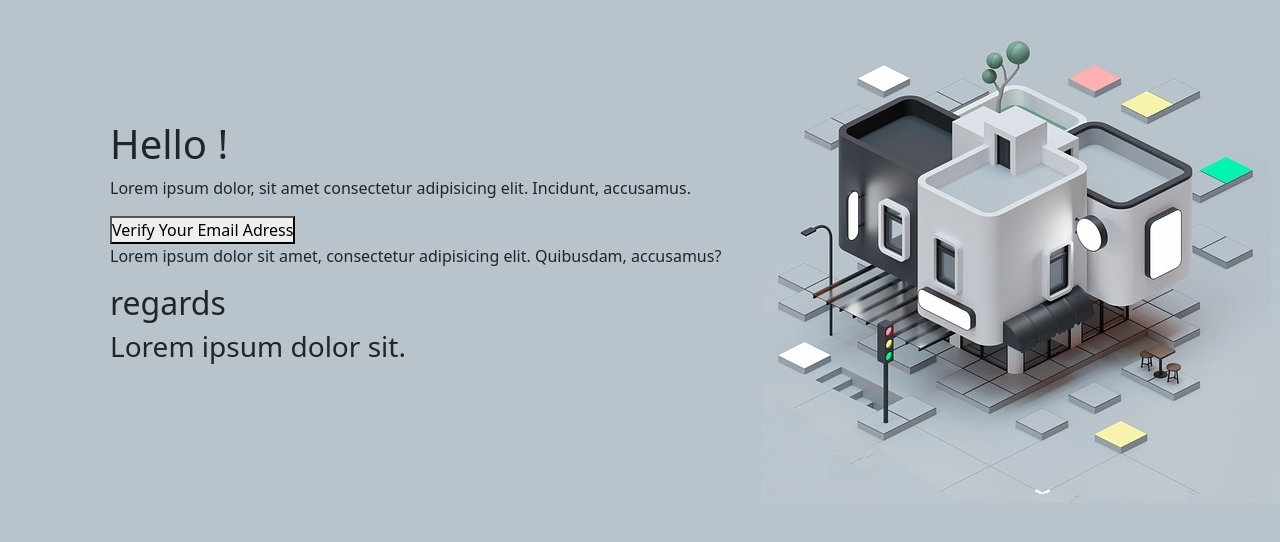
Repository: Aayush919/taskui
Page: index.html
An editor plug-in stored every save of this project. The page is shown before and after the next save, followed by the edit.
The browser window is 1280 px wide. The pictures show the whole page.

Above is the page before, as saved 2024-01-12 12:44:28.

After the next save:
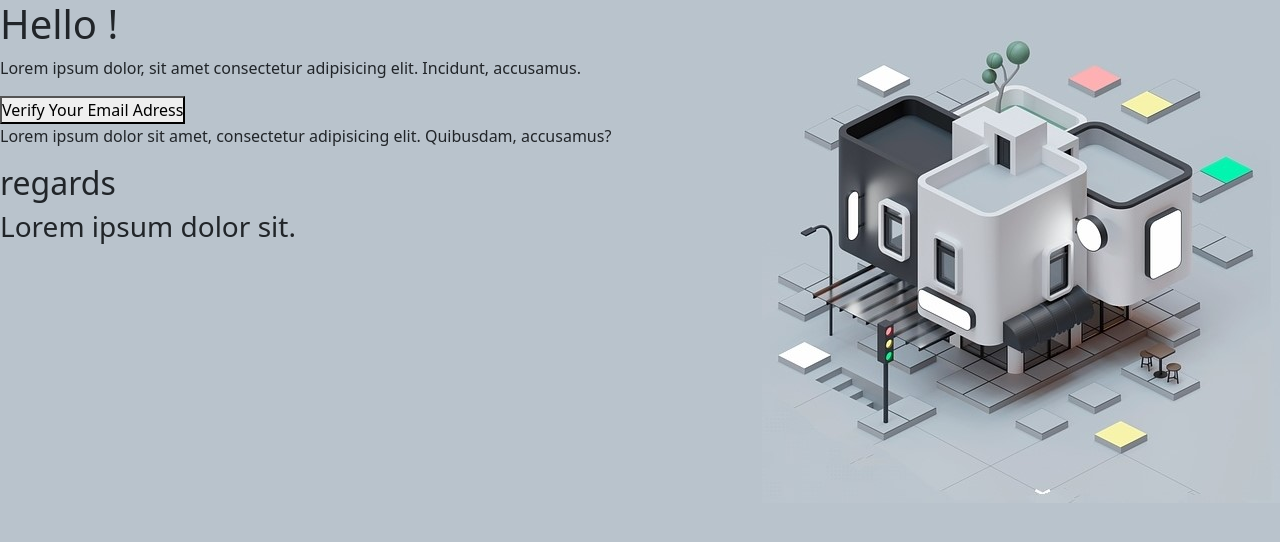
Saved 13 s later.
--- a/style.css
+++ b/style.css
@@ -33,10 +33,3 @@ html,body{
     right: 0px;
 
 }
-
-
-
-.right .top{
-        margin-top: 120px;
-        margin-left: 110px;
-}
